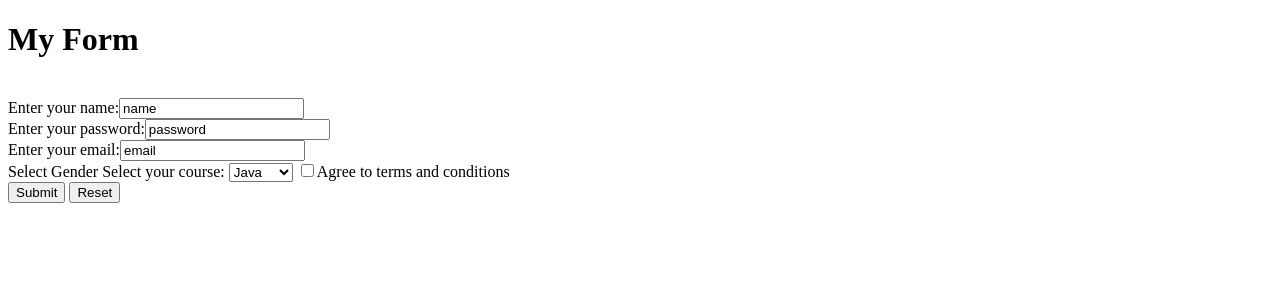
Repository: MayukhBR13/antwalk_classes
Page: MyFormAssignment070223/src/main/webapp/index.html
These files come from the project's save history. The page is drawn as it stood at one moment and after the next save; the edit follows.
The browser window is 1280 px wide. The pictures show the whole page.

Above is the page before, as saved 2023-02-07 09:27:21.

After the next save:
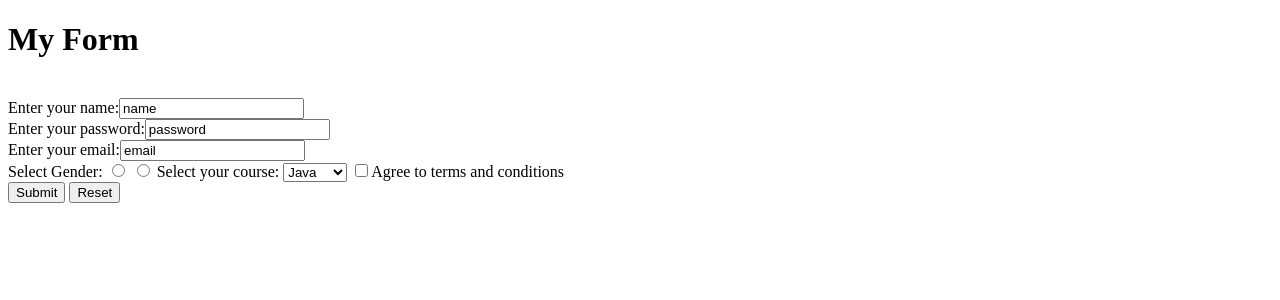
Saved 5 s later.
--- a/MyFormAssignment070223/src/main/webapp/index.html
+++ b/MyFormAssignment070223/src/main/webapp/index.html
@@ -6,12 +6,13 @@
 </head>
 <body>
 
-	<form action="">
+	<form action="register" method="post">
 		<h1>My Form</h1><br>
 		Enter your name:<input type="text" value="name"><br>
 		Enter your password:<input type="text" value="password"><br>
 		Enter your email:<input type="text" value="email"><br>
-		Select Gender
+		Select Gender: <input type="radio" name="gender" value="Male">
+					<input type="radio" name="gender" value="Female">
 		Select your course:
 		<select name="course">
 			<option value="Java">Java</option>
